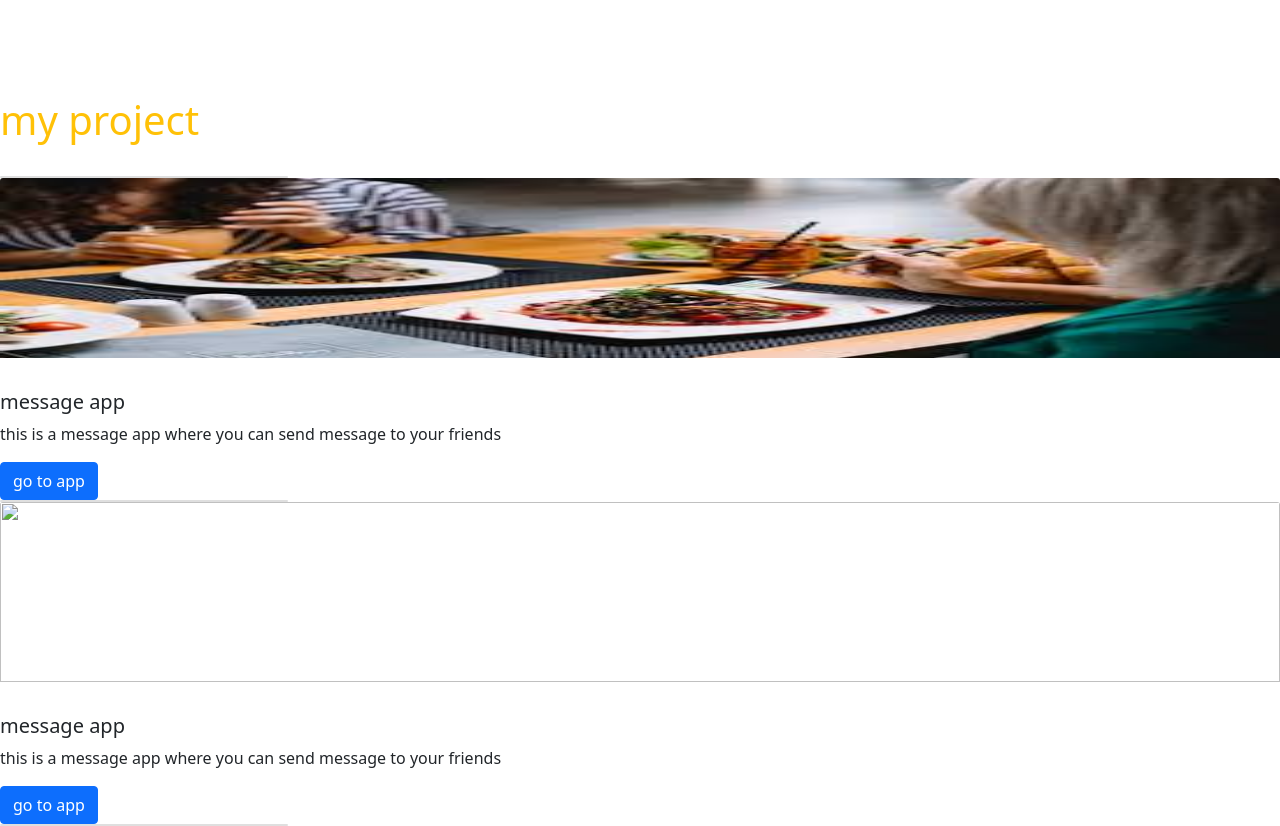
Repository: abeera518/part-2
Page: project.html
An editor plug-in stored every save of this project. The page is shown before and after the next save, followed by the edit.
The browser window is 1280 px wide. The pictures show the part of the page from y = 0 to 826 px (the page is 1472 px tall).
Pictures or frames that could not be fetched are drawn as grey boxes.

Above is the page before, as saved 2025-11-20 23:28:13.

### project.html
<html lang="en">

<head>
    <meta charset="UTF-8">
    <meta name="viewport" content="width=device-width, initial-scale=1.0">
    <title>Document</title>
    <link rel="stylesheet" href="style.css">
    <link href="https://cdn.jsdelivr.net/npm/bootstrap@5.0.2/dist/css/bootstrap.min.css" rel="stylesheet"
        integrity="sha384-EVSTQN3/azprG1Anm3QDgpJLIm9Nao0Yz1ztcQTwFspd3yD65VohhpuuCOmLASjC" crossorigin="anonymous">
</head>

<body>
    <div id="project" class="container mt-5 pt-5"></div>
    <h1 class="text-warning mb-3 pb-3 "> my project</h1>
    <div class="row"></div>
    <div class="card" style="width:18rem;"></div>
    <img src="download.jpg" class="card-img-top"
        style="height:180 ;">
    <div class="card-body"></div>
    <h5 class="card-title">message app</h5>
    <p class="card-text">this is a message app where you can send message to your friends</p>
    <a href="#" class="btn btn-primary">go to app</a>
    </div>
    <div class="row"></div>
    <div class="card" style="width:18rem;"></div>
    <img src="" class="card-img-top"
        style="height:180 ;">
    <div class="card-body"></div>
    <h5 class="card-title">message app</h5>
    <p class="card-text">this is a message app where you can send message to your friends</p>
    <a href="#" class="btn btn-primary">go to app</a>
    </div>
    <div class="row"></div>
    <div class="card" style="width:18rem;"></div>
    <img src="https://uploads.onecompiler.io/43vm9duf8/43x4eaexx/download.png" class="card-img-top"
        style="height:180 ;">
    <div class="card-body"></div>
    <h5 class="card-title">message app</h5>
    <p class="card-text">this is a message app where you can send message to your friends</p>
    <a href="#" class="btn btn-primary">go to app</a>
    </div>
    <div class="row"></div>
    <div class="card" style="width:18rem;"></div>
    <img src="https://uploads.onecompiler.io/43vm9duf8/43x4eaexx/download.png" class="card-img-top"
        style="height:180 ;">
    <div class="card-body"></div>
    <h5 class="card-title">message app</h5>
    <p class="card-text">this is a message app where you can send message to your friends</p>
    <a href="#" class="btn btn-primary">go to app</a>
    </div>
</body>

</html>

### style.css
html {
    scroll-behavior: smooth;
}

body {
    background-color: black(9, 83, 148);
    font-family: "Baloo Tamma 2", cursive;
}

.m-heading {
    font-family: "Roboto slab", serif;
}

.text-white {
    color: rgb(218, 23, 23);
}

.main-container {
    height: 100vh;
    display: flex;
    justify-content: center;
    align-items: center;
    flex-direction: column;
    background-image: url(download.jpg);
    background-repeat: no-repeat;
    background-size: cover;
    background-attachment: fixed;
}

.main row {
    display: flex;
    justify-content:
        center;
    align-items: center;
}

.main row h1 {
    font-size: 5rem
}

.main_row img {
    width: auto;
    height: 100vh;
}

.about {
    background: black;
    border-radius: 0.5rem;
}

.card {
    border-bottom: 8px solid
}

After the next save:
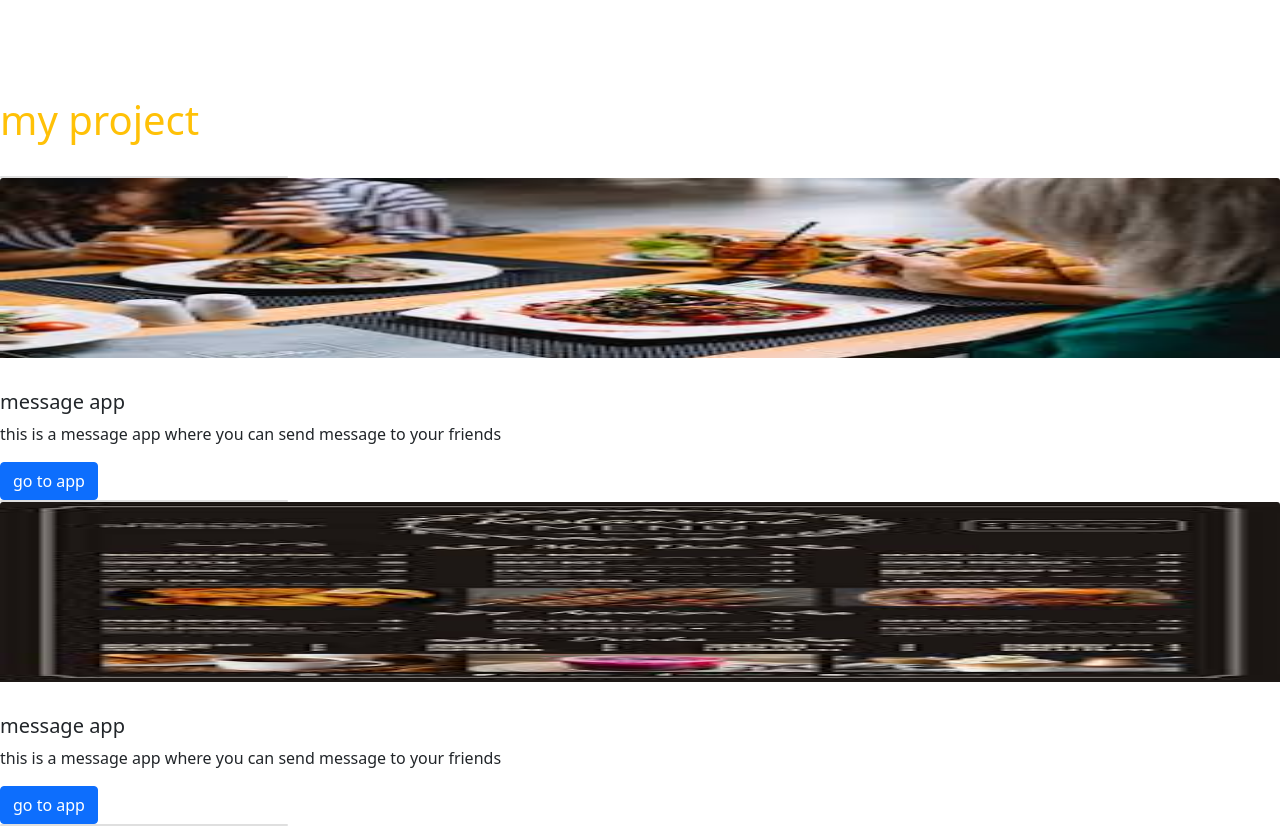
Saved 18 s later.
--- a/project.html
+++ b/project.html
@@ -23,7 +23,7 @@
     </div>
     <div class="row"></div>
     <div class="card" style="width:18rem;"></div>
-    <img src="" class="card-img-top"
+    <img src="download (1).jpg" class="card-img-top"
         style="height:180 ;">
     <div class="card-body"></div>
     <h5 class="card-title">message app</h5>
